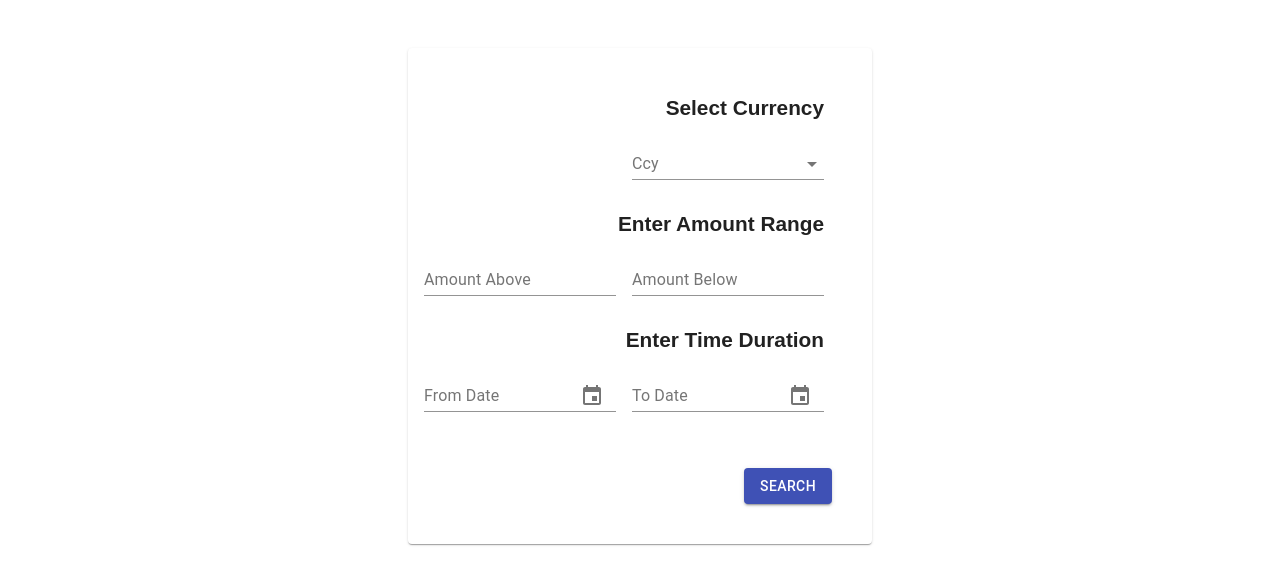
Repository: AmanullaChishty/filter
Page: /
An editor plug-in stored every save of this project. The page is shown before and after the next save, followed by the edit.
The browser window is 1280 px wide. The pictures show the whole page.
The project was rebuilt for these pictures with package versions that can differ from the ones it lists, and the page was loaded fresh each time. Imported but missing from the stored project, and not drawn on this page: src/reducers/simpleReducer.

Above is the page before, as saved 2020-01-26 21:43:51.

### src/index.js
import React from 'react';
import ReactDOM from 'react-dom';

// Required for Redux store setup
import { Provider } from 'react-redux'
import configureStore from './store';

import './index.css';
import App from './App';
import registerServiceWorker from './registerServiceWorker';

ReactDOM.render(
  <Provider store={configureStore()}>
    <App />
  </Provider>,
  document.getElementById('root')
);
registerServiceWorker();

### src/store.js
import { createStore, applyMiddleware } from 'redux';
import thunk from 'redux-thunk';
import rootReducer from './reducers/rootReducer';

export default function configureStore(initialState={}) {
  return createStore(
    rootReducer,
    applyMiddleware(thunk)
  );
}

### src/App.js
import React, { Component } from 'react';
import './App.css';
import GridList from './gridList'
import SearchBar from './searchBar/components/searchBar';



/**
 * @class App
 * @extends {Component}
 */
class App extends Component {



  /**
   * @memberof App
   * @summary handles button click
   */


  render() {
    return (
      <div className="App">
        <SearchBar/>
        <GridList/>
      </div>
    );
  }
}

export default App;

### src/reducers/rootReducer.js
import { combineReducers } from 'redux';
import simpleReducer from './simpleReducer';
import searchReducer from '../searchBar/reducers/searchReducer'

export default combineReducers({
  simpleReducer,
  searchReducer
});

### src/gridList.js
import React, { Component } from 'react';
import { connect } from 'react-redux';
import MUIDataTable from "mui-datatables";
import { getSearchCriteria, getSearchData } from './searchBar/selectors/searchSelectors';


const headers = [{ name: "invoice_id", label: "Invoice id", options: { filter: true, sort: true, } },{ name: "reference", label: "Reference", options: { filter: true, sort: true, } },
{ name: "maturity_date", label: "Maturity Date", options: { filter: true, sort: true, } },{ name: "invoice_amount", label: "Invoice Amount", options: { filter: true, sort: true, } },
{ name: "ccy", label: "CCY", options: { filter: true, sort: true, } },{ name: "buyer", label: "Buyer", options: { filter: true, sort: true, } },
{ name: "supplier", label: "Supplier", options: { filter: true, sort: true, } },{ name: "invoice_date", label: "Invoice Date", options: { filter: true, sort: true, } },]

const options = {
  filterType: "checkbox",
  responsive: "stacked",
}

class GridList extends Component {
  render() {
    const {result,seacrhedData} = this.props;

    if(seacrhedData){
      if(seacrhedData.startDate){
        let date=new Date(seacrhedData.startDate)
        let yyyy = date.getFullYear();
        let mm =date.getMonth()+1
        let dd=date.getDate();
        seacrhedData.startDate = dd+'/'+ mm +'/'+yyyy;

      }
      if(seacrhedData.endDate){
        let date=new Date(seacrhedData.endDate)
        let yyyy = date.getFullYear();
        let mm =date.getMonth()+1
        let dd=date.getDate();
        seacrhedData.endDate = dd+'/'+ mm +'/'+yyyy;

      }
    }
    const title=('Currency '+seacrhedData.ccy + ' Invoices with value between '+ seacrhedData.ccy+ ' '+ seacrhedData.lowerLimit +' - '+ seacrhedData.upperLimit +' maturing between '+seacrhedData.startDate+' and '+ seacrhedData.endDate)

    if(result.length>0){
      result.forEach(item=>{
        if(item.maturity_date){
          let date=new Date(item.maturity_date*1000)
          let yyyy = date.getFullYear();
          let mm =date.getMonth()+1
          let dd=date.getDate();
            item.maturity_date = dd+'/'+ mm +'/'+yyyy;

        }
      })
    }
    return (
     <div>
       {result.length>0?(<MUIDataTable
            title={title}
            data={result}
            columns={headers}
            options={options}

          />):null}
     </div>
    );
  }
}


const mapStateToProps=state=> {
  return {
      result: getSearchData(state),
      seacrhedData:getSearchCriteria(state)
      };
}


export default connect(mapStateToProps)(GridList);

### src/searchBar/components/searchBar.js
import React, { Component, Fragment } from 'react';
import { connect } from 'react-redux';
import { bindActionCreators } from 'redux';
import { fetchData } from '../actions/fetchData';
import { search } from '../actions/searchAction';
import { getData, getSearchData } from '../selectors/searchSelectors';
import InputLabel from '@material-ui/core/InputLabel';
import MenuItem from '@material-ui/core/MenuItem';
import FormControl from '@material-ui/core/FormControl';
import Select from '@material-ui/core/Select';
import { Grid, Card, CardContent,CardActions, Input, Button, InputAdornment } from '@material-ui/core';
import DateFnsUtils from '@date-io/date-fns';
import { KeyboardDatePicker, MuiPickersUtilsProvider } from "@material-ui/pickers";
import 'date-fns';


let ccy=''

class SearchBar extends Component {

  constructor(props){
    super(props);
    this.handleChange=this.handleChange.bind(this)
    this.setLowerLimit=this.setLowerLimit.bind(this)
    this.setUpperLimit=this.setUpperLimit.bind(this)
    this.setStartDate=this.setStartDate.bind(this)
    this.setEndDate=this.setEndDate.bind(this)
    this.submitSearch=this.submitSearch.bind(this)
    this.state = {
      ccy:'',
      lowerLimit:'',
      upperLimit:'',
      startDate:null,
      endDate:null,
      storeStartDate:null,
      storeEndDate:null

    }
  }

  componentDidMount() {

    }



  handleChange(event){
    let val = event.target.value
      this.setState({ccy:val})
  };

  setLowerLimit(event){
    let val = event.target.value
    this.setState({lowerLimit:val});
  }

  setUpperLimit(event){
    let val = event.target.value
    this.setState({upperLimit:val})

  }
  setStartDate(event){
    let val = Math.floor(event.getTime()/1000)
    this.setState({storeStartDate:val})
    this.setState({startDate:event})

  }

  setEndDate(event){
    let val = Math.floor(event.getTime()/1000)
    this.setState({storeEndDate:val})
    this.setState({endDate:event})

  }

  submitSearch(){
    const { fetchAllData,searchData } = this.props;
    fetchAllData();
    setTimeout(()=>{searchData(this.state)},100)

  }


  render() {
    const sectionGrid={ display: 'flex', justifyContent: 'end', alignItems: 'end', flexDirection: 'column', marginBottom: '2em' }
    const sectionLabel = { fontSize: '1.3em', fontWeight: 'bold', marginBottom: '-.2em' }
    const innerSection={ display: 'flex', justifyContent: 'center', alignItems: 'center', }
    const formControlStyle={ width: '12em', marginTop: '1em' }
    const formControlStyleLeft={ width: '12em', marginTop: '1em', marginLeft: '1em' }
    const {ccy,lowerLimit,upperLimit,startDate,endDate} = this.state

    return (
      <Grid style={{display:'flex',justifyContent:'center',alignItems:'center',flexDirection:'column'}}>
    <Card style={{maxWidth:400,width:'100%',padding:'2em',margin:'3em'}}>
      <CardContent>
            <Grid style={sectionGrid}>
              <span style={sectionLabel}>Select Currency</span>
              <FormControl style={formControlStyle} >

                <InputLabel id="ccy">
                  Ccy
                </InputLabel>
                <Select
                  labelId="ccy"
                  id="simple-select"
                  value={ccy}
                  onChange={this.handleChange}>
                  <MenuItem value={'USD'}>USD</MenuItem>
                  <MenuItem value={'INR'}>INR</MenuItem>
                  <MenuItem value={'JPY'}>JPY</MenuItem>
                  <MenuItem value={'RYD'}>RYD</MenuItem>
                </Select>
              </FormControl>
            </Grid>

            <Grid style={sectionGrid}>
              <span style={sectionLabel}>Enter Amount Range</span>
              <Grid style={innerSection}>
                <FormControl style={formControlStyle} >

                  <InputLabel id="ccy">
                    Amount Above
                  </InputLabel>
                  <Input
                  type='number'
                  value={lowerLimit}
                  startAdornment={ccy!=''?(<InputAdornment position="start">{ccy}</InputAdornment>):null}
                  onChange={this.setLowerLimit}/>
                </FormControl>
                <FormControl style={formControlStyleLeft} >
                  <InputLabel id="ccy">
                    Amount Below
                  </InputLabel>
                  <Input
                  type='number'
                  value={upperLimit}
                  startAdornment={ccy!=''?(<InputAdornment position="start">{ccy}</InputAdornment>):null}
                  onChange={this.setUpperLimit} />
                </FormControl>
              </Grid>
            </Grid>

            <Grid style={sectionGrid}>
              <span style={sectionLabel}>Enter Time Duration</span>
              <Grid style={innerSection}>
                <FormControl style={formControlStyle} >
                  <Fragment>
                    <MuiPickersUtilsProvider utils={DateFnsUtils}>
                      <KeyboardDatePicker
                        label="From Date"
                        clearable
                        value={startDate}
                        placeholder="Select from date"
                        onChange={this.setStartDate}
                        format="dd/MM/yyyy"
                      />
                    </MuiPickersUtilsProvider>
                  </Fragment>
                </FormControl>
                <FormControl style={formControlStyleLeft} >
                <Fragment>
                    <MuiPickersUtilsProvider utils={DateFnsUtils}>
                      <KeyboardDatePicker
                        label="To Date"
                        clearable
                        value={endDate}
                        placeholder="Select end date"
                        onChange={this.setEndDate}
                        format="dd/MM/yyyy"
                      />
                    </MuiPickersUtilsProvider>
                  </Fragment>
                </FormControl>
              </Grid>
            </Grid>

      </CardContent>
      <CardActions style={{float:'right'}}>
        <Button variant="contained" color="primary" onClick={this.submitSearch}>
          Search
        </Button>
      </CardActions>
      </Card>
    </Grid>
    );
  }
}


const mapStateToProps=state=> {
    return {
        value: getSearchData(state),
        content:getData(state)
        };
  }

const mapDispatchToProps = dispatch => bindActionCreators({
    searchData: search,
    fetchAllData:fetchData,
}, dispatch)


export default connect(mapStateToProps, mapDispatchToProps)(SearchBar);

### src/searchBar/reducers/searchReducer.js
import { SEARCH, SUCCESS } from '../actions/searchAction';

const initialState = {contents: [], value: '', serachedValue: []};

export default function searchReducer(state = initialState, action) {
  switch(action.type) {
    case SUCCESS: {
      const {contents} = action;
      return {
        ...state,
        contents:contents
      };
    }
    case SEARCH: {
      const {value} = action;
      let filteredData=[value]
      const serachedData = state.contents.filter((val) => filteredData.find(
        ({ccy,lowerLimit,upperLimit,storeStartDate,storeEndDate})=>(
          val.ccy === ccy && val.invoice_amount>lowerLimit && val.invoice_amount<upperLimit && val.maturity_date>storeStartDate && val.maturity_date<storeEndDate
          )
        ));

      return {
        ...state,
        value:value,
        serachedValue:serachedData
      };
    }
    default:
      return state;
  }
}

### src/searchBar/selectors/searchSelectors.js
import { createSelector } from 'reselect';

export const getSearchData = createSelector(
    state => state.searchReducer.serachedValue,
    serachedValue => serachedValue
)

export const getSearchCriteria = createSelector(
    state => state.searchReducer.value,
    value => value
)

export const getData = createSelector(
    state => state.searchReducer.contents,
    contents=>contents
)

### src/searchBar/actions/fetchData.js
import { getData } from "./searchAction";

//https://my.api.mockaroo.com/tallydata.json?key=1e3baa20
function fetchData() {
    return dispatch => {
        fetch('data1.json')
        .then(res => res.json())
        .then(res => {
            if(res.error) {
                throw(res.error);
            }
            dispatch(getData(res));

            return res;
        })
        .catch(error => {
            alert(error);
        })
    }
}

export { fetchData };

### src/searchBar/actions/searchAction.js
export const SEARCH = 'SEARCH';
export const SUCCESS = 'SUCCESS'

export function search(value) {
  return {
      type: SEARCH,
      value:value
    };
}

export function getData(res) {
  return {
      type: SUCCESS,
      contents:res
    };
}

Loaded but not shown: public/index.html (common file); src/index.css (common file); src/registerServiceWorker.js (common file); src/App.css (common file)

After the next save:
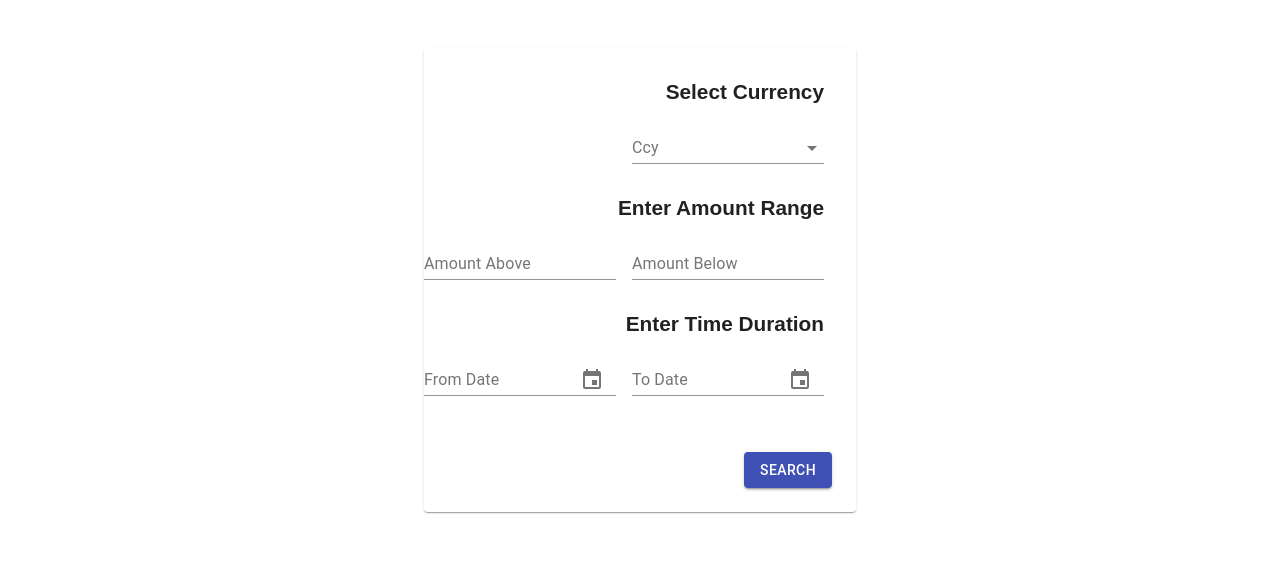
Saved 17 s later.
--- a/src/searchBar/components/searchBar.js
+++ b/src/searchBar/components/searchBar.js
@@ -91,7 +91,7 @@
 
     return (
       <Grid style={{display:'flex',justifyContent:'center',alignItems:'center',flexDirection:'column'}}>
-    <Card style={{maxWidth:400,width:'100%',padding:'2em',margin:'3em'}}>
+    <Card style={{maxWidth:400,width:'100%',padding:'1em',margin:'3em'}}>
       <CardContent>
             <Grid style={sectionGrid}>
               <span style={sectionLabel}>Select Currency</span>

After the save that followed:
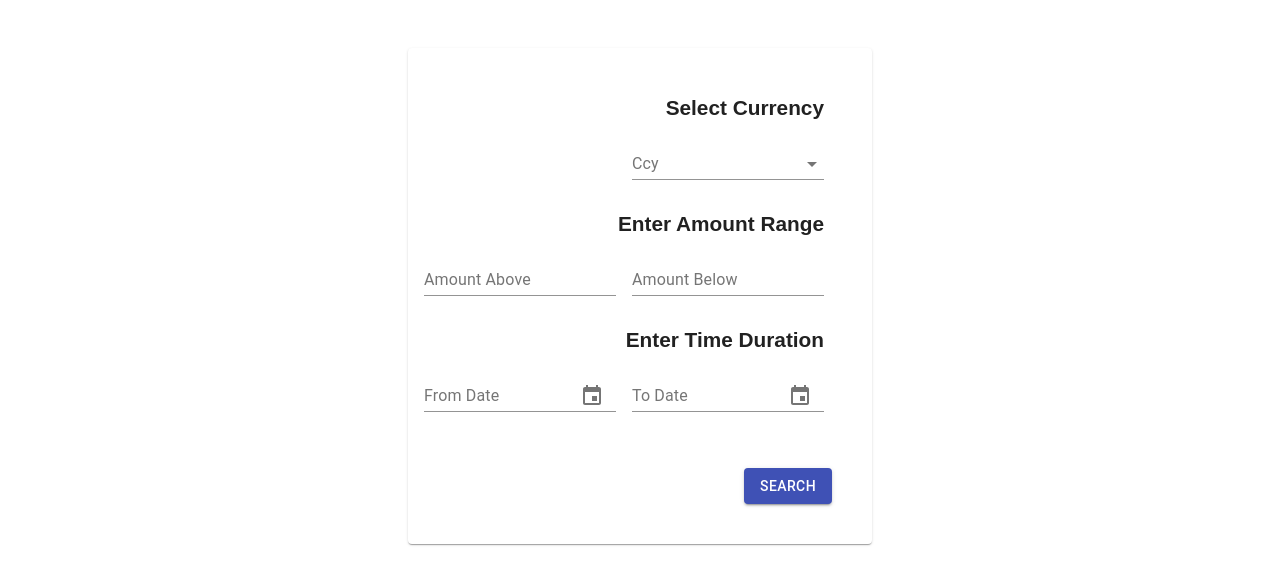
Saved 23 s later.
--- a/src/searchBar/components/searchBar.js
+++ b/src/searchBar/components/searchBar.js
@@ -91,7 +91,7 @@
 
     return (
       <Grid style={{display:'flex',justifyContent:'center',alignItems:'center',flexDirection:'column'}}>
-    <Card style={{maxWidth:400,width:'100%',padding:'1em',margin:'3em'}}>
+    <Card style={{maxWidth:400,width:'100%',padding:'2em',margin:'3em'}}>
       <CardContent>
             <Grid style={sectionGrid}>
               <span style={sectionLabel}>Select Currency</span>
